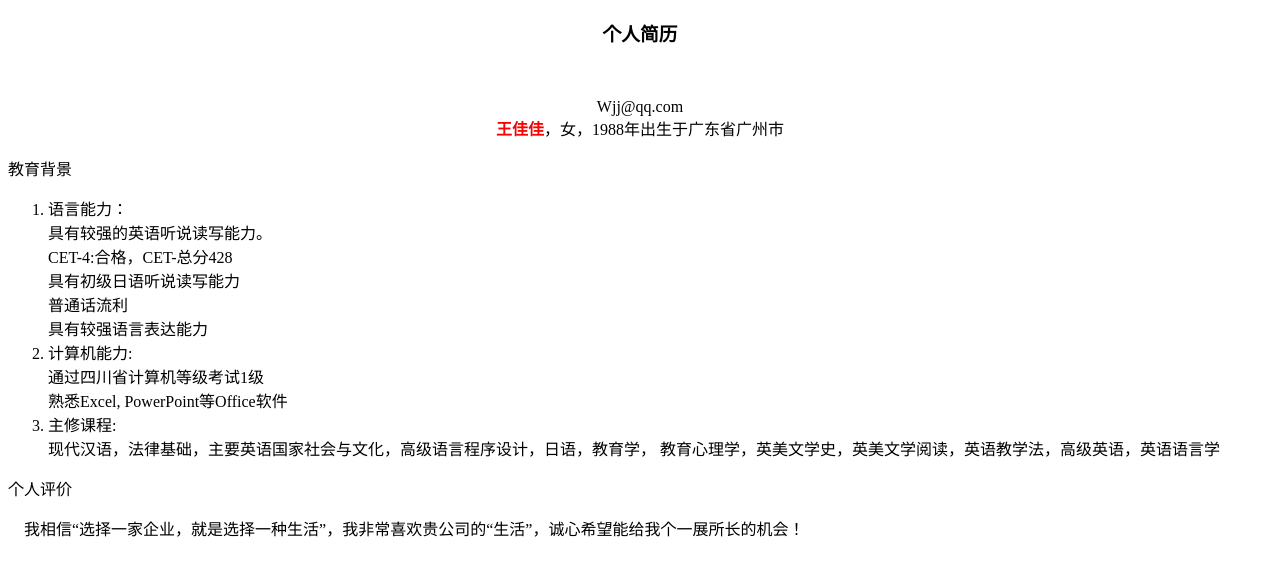
Repository: sheep9590/Test
Page: http://localhost/Prj03/
The author's editor kept a copy of each file at every save. The page is drawn from the files as they stood at one save, then again after the next save.
The browser window is 1280 px wide. The pictures show the whole page.
The page is served by Tomcat 9.

Above is the page before, as saved 2021-09-08 12:57:13.

### eclipse-workspace/Prj03/WebRoot/index.jsp
<%@ page language="java" contentType="text/html; charset=UTF-8"
    pageEncoding="UTF-8"%>
<!DOCTYPE html>
<html>
<head>
<meta charset="UTF-8">
<title>MyFirstPage.html</title>
</head>
<body>
<h3 align="center">个人简历</h3><br>
<p align="center">Wjj@qq.com<br>
<font color="#FF0000" face="仿宋_GB2312" size="3"><b>王佳佳</b></font>，女，1988年出生于广东省广州市<br></p>
教育背景
<ol>
<li>语言能力：<br>具有较强的英语听说读写能力。<br>CET-4:合格，CET-总分428<br>具有初级日语听说读写能力<br>普通话流利<br>
具有较强语言表达能力 </li>
<li>计算机能力:<br>通过四川省计算机等级考试1级<br>熟悉Excel, PowerPoint等Office软件</li>
<li>主修课程:<br>现代汉语，法律基础，主要英语国家社会与文化，高级语言程序设计，日语，教育学， 教育心理学，英美文学史，英美文学阅读，英语教学法，高级英语，英语语言学</li>
</ol>
个人评价
<p>&nbsp;&nbsp;&nbsp;&nbsp;我相信“选择一家企业，就是选择一种生活”，我非常喜欢贵公司的“生活”，诚心希望能给我个一展所长的机会！</p>
</body>
</html>

After the next save:
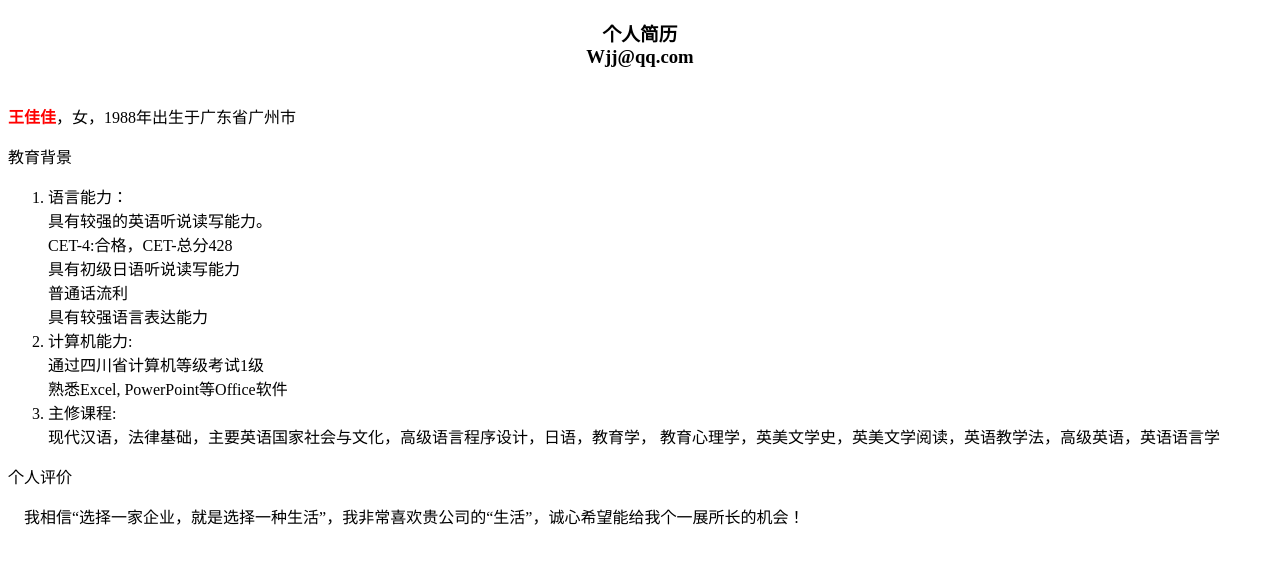
Saved 29 s later.
--- a/eclipse-workspace/Prj03/WebRoot/index.jsp
+++ b/eclipse-workspace/Prj03/WebRoot/index.jsp
@@ -7,8 +7,8 @@
 <title>MyFirstPage.html</title>
 </head>
 <body>
-<h3 align="center">个人简历</h3><br>
-<p align="center">Wjj@qq.com<br>
+<h3 align="center">个人简历<br>
+Wjj@qq.com</h3><br>
 <font color="#FF0000" face="仿宋_GB2312" size="3"><b>王佳佳</b></font>，女，1988年出生于广东省广州市<br></p>
 教育背景
 <ol>
